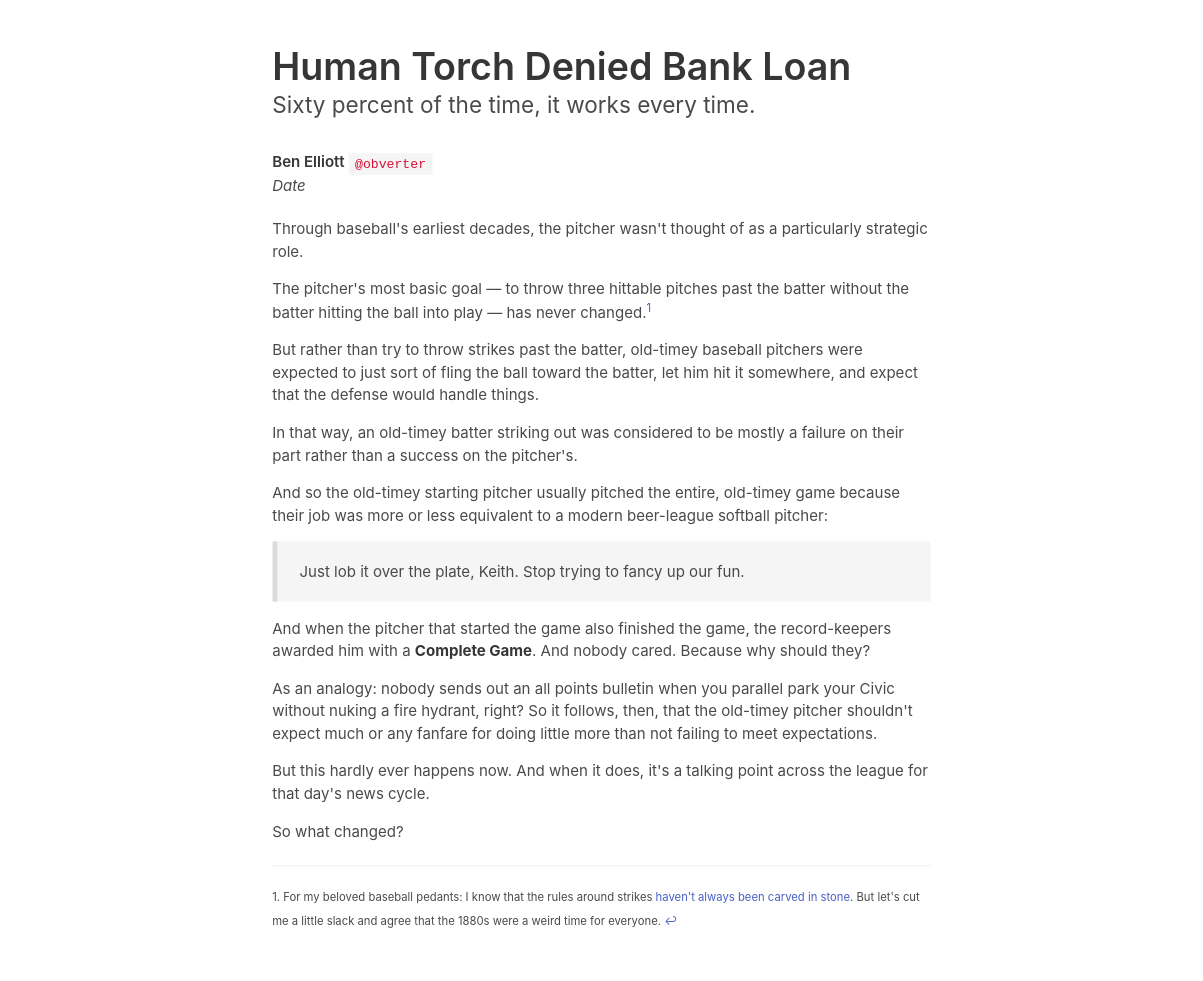
Repository: obverter/complete-games-are-done
Page: index.html
An editor plug-in stored every save of this project. The page is shown before and after a run of saves, followed by the edit.
The browser window is 1280 px wide. The pictures show the whole page, at 94% of full size.

Above is the page before, as saved 2022-06-24 16:40:46.

### index.html
<!DOCTYPE html>
<html>
    <head>
        <meta charset="utf-8" />
        <meta name="viewport" content="width=device-width, initial-scale=1" />
        <title>Story!</title>
        <!-- todo: Title above is the text in the browser tab. -->
        <link
            rel="stylesheet"
            href="https://cdn.jsdelivr.net/npm/bulma@0.9.4/css/bulma.min.css"
        />
    </head>
    <body>
        <section class="section">
            <div class="content is-0">
                <div class="columns">
                    <div class="column is-one-fifth"></div>
                    <div class="column is-three-fifths">
                        <h1 class="title is-2">Human Torch Denied Bank Loan</h1>
                        <!-- todo: Title above is the Content title. -->
                        <p class="subtitle is-4">
                            Sixty percent of the time, it works every time.
                            <!-- todo: Subtitle above is the Content subtitle. -->
                        </p>
                    </div>
                    <!-- <div class="column is-one-fifth"></div> -->
                </div>
            </div>
            <div class="columns">
                <div class="column is-one-fifth"></div>
                <div class="column is-three-fifths">
                    <h6 class="title is-6">
                        Ben Elliott <code>@obverter</code>
                    </h6>
                    <h6 class="subtitle is-6"><em>Date</em></h6>
                    <div class="content">
                        <p>
                            Through baseball's earliest decades, the pitcher
                            wasn't thought of as a particularly strategic role.
                        </p>
                        <p>
                            The pitcher's most basic goal — to throw three
                            hittable pitches past the batter without the batter
                            hitting the ball into play — has never changed.<sup><a href="#fn1" id="ref1">1</a></sup>
                        </p>
                        <p>
                            But rather than try to throw strikes past the
                            batter, old-timey baseball pitchers were expected to
                            just sort of fling the ball toward the batter, let
                            him hit it somewhere, and expect that the defense
                            would handle things.
                        </p>
                        <p>
                            In that way, an old-timey batter striking out was
                            considered to be mostly a failure on their part
                            rather than a success on the pitcher's.
                        </p>
                        <p>
                            And so the old-timey starting pitcher usually
                            pitched the entire, old-timey game because their job was more or less equivalent to a modern beer-league softball pitcher:
                        </p>
                            <blockquote>Just lob it over the plate, Keith. Stop trying to fancy up our fun.</blockquote>
                        <p>
                            And when the pitcher that started the game also
                            finished the game, the record-keepers awarded him
                            with a <strong>Complete Game</strong>. And nobody
                            cared. Because why should they?
                        </p>
                        <p>
                            As an analogy: nobody sends out an all points
                            bulletin when you parallel park your Civic without
                            nuking a fire hydrant, right? So it follows, then,
                            that the old-timey pitcher shouldn't expect much or
                            any fanfare for doing little more than not failing
                            to meet expectations.
                        </p>
                        <p>
                            But this hardly ever happens now. And when it does,
                            it&#39;s a talking point across the league for that
                            day&#39;s news cycle.
                        </p>
                        <p>So what changed?</p>

                        <hr></hr>

<sup id="fn1">1. For my beloved baseball pedants: I know that the rules around strikes <a href="https://www.baseball-almanac.com/articles/strike_zone_rules_history.shtml">haven't always been carved in stone</a>. But let's cut me a little slack and agree that the 1880s were a weird time for everyone. <a href="#ref1" title="Jump back to footnote 1 in the text.">↩</a></sup>
                    </div>
                </div>
                <div class="column is one-fifth"></div>
            </div>
        </section>
    </body>
</html>

After the next 3 saves:
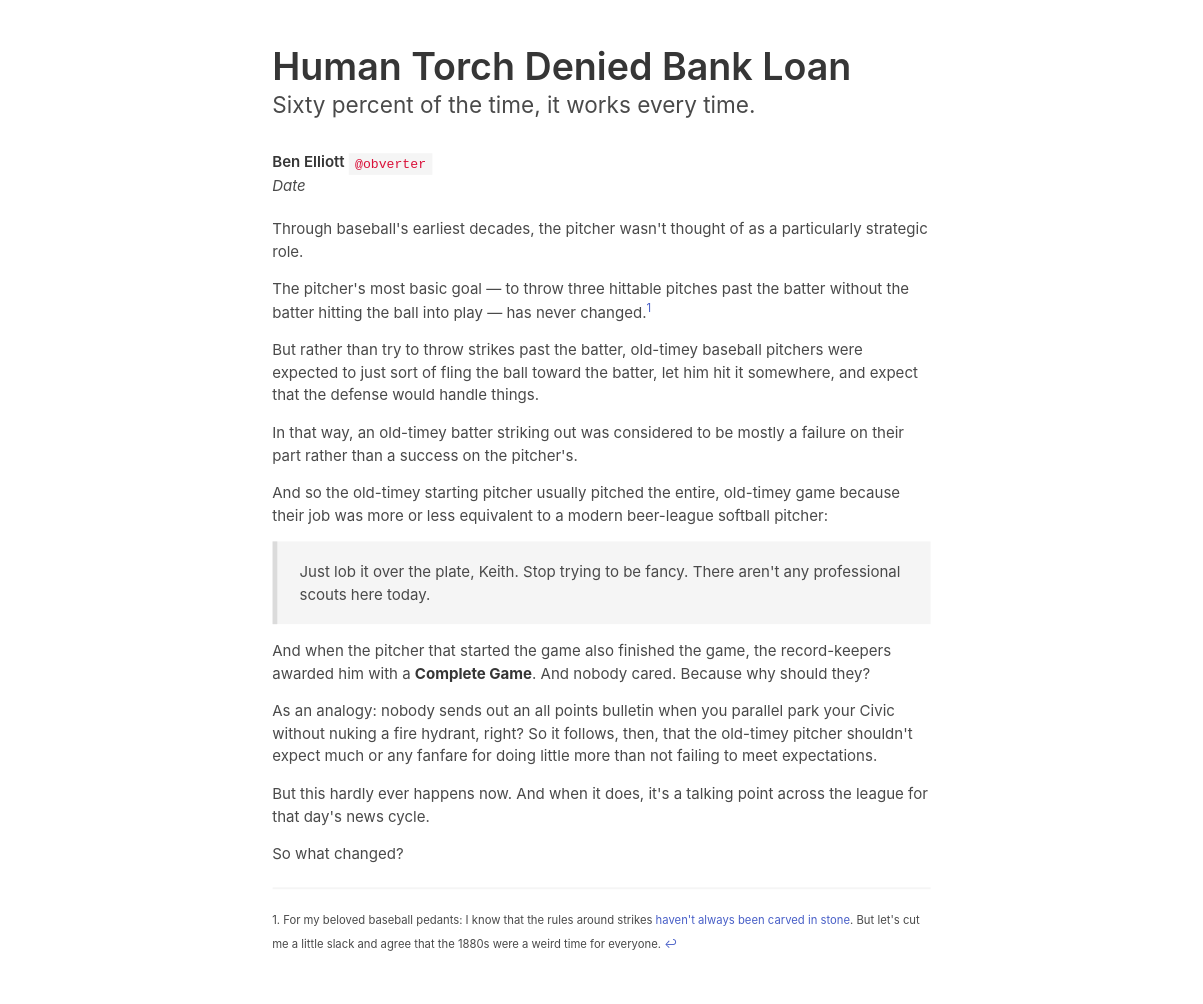
The 3 saves are shown as one change because they came seconds apart.
The last was saved 34 s later.
--- a/index.html
+++ b/index.html
@@ -59,7 +59,7 @@
                             And so the old-timey starting pitcher usually
                             pitched the entire, old-timey game because their job was more or less equivalent to a modern beer-league softball pitcher:
                         </p>
-                            <blockquote>Just lob it over the plate, Keith. Stop trying to fancy up our fun.</blockquote>
+                            <blockquote>Just lob it over the plate, Keith. Stop trying to be fancy. There aren't any professional scouts here today.</blockquote>
                         <p>
                             And when the pitcher that started the game also
                             finished the game, the record-keepers awarded him
